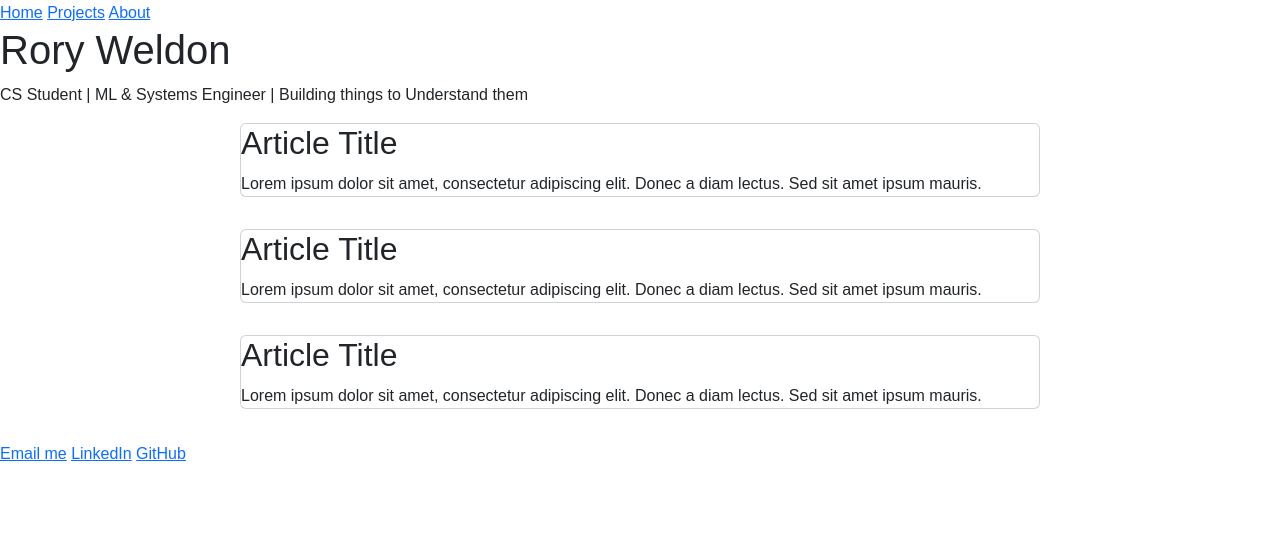
Repository: Art3misF0wl90/Portfolio
Page: index.html
These files come from the project's save history. The page is drawn as it stood at one moment and after a run of saves; the edit follows.
The browser window is 1280 px wide. The pictures show the whole page.

Above is the page before, as saved 2026-06-17 18:57:12.

### index.html
<!doctype html>
<html lang="en">
  <!-- This is a simple portfolio website for Rory Weldon, a CS student with interests in ML and systems engineering. The website includes a navigation bar, header, main content area with project teasers, and a footer with contact information. -->
  <head>
    <meta charset="UTF-8" />
    <meta name="viewport" content="width=device-width, initial-scale=1.0" />
    <title>Rory Weldon - Portfolio</title>
    <link
      href="https://cdn.jsdelivr.net/npm/bootstrap@5.3.8/dist/css/bootstrap.min.css"
      rel="stylesheet"
      integrity="sha384-sRIl4kxILFvY47J16cr9ZwB07vP4J8+LH7qKQnuqkuIAvNWLzeN8tE5YBujZqJLB"
      crossorigin="anonymous"
    />
    <link rel="stylesheet" href="style.css" />
  </head>
  <!-- this is the main content area -->
  <body>
    <!-- Navigation bar -->
    <nav>
      <a href="index.html">Home</a>
      <a href="projects.html">Projects</a>
      <a href="about.html">About</a>
    </nav>

    <!-- Header content -->
    <header>
      <h1>Rory Weldon</h1>
      <p>
        CS Student | ML & Systems Engineer | Building things to Understand them
      </p>
    </header>

    <main>
      <!-- Main content - Teasers for projects-->
      <article class="card">
        <h2 class="card-title">Article Title</h2>
        <p class="card-text">
          Lorem ipsum dolor sit amet, consectetur adipiscing elit. Donec a diam
          lectus. Sed sit amet ipsum mauris.
        </p>
      </article>
      <article class="card">
        <h2 class="card-title">Article Title</h2>
        <p class="card-text">
          Lorem ipsum dolor sit amet, consectetur adipiscing elit. Donec a diam
          lectus. Sed sit amet ipsum mauris.
        </p>
      </article>
      <article class="card">
        <h2 class="card-title">Article Title</h2>
        <p class="card-text">
          Lorem ipsum dolor sit amet, consectetur adipiscing elit. Donec a diam
          lectus. Sed sit amet ipsum mauris.
        </p>
      </article>
    </main>
    <!-- Footer content -->
    <footer>
      <a href="mailto:lweldon2@students.kennesaw.edu">Email me</a>
      <a href="https://www.linkedin.com/in/rory-weldon-5829ab297/">LinkedIn</a>
      <a href="https://github.com/Art3misF0wl90">GitHub</a>
    </footer>
  </body>
</html>

### style.css
body {
  font-family: sans-serif;
  /* resetting the browser's default page margin */
  margin: 0;
  line-height: 1.6;
}

main {
  /*caps line length so text stays readable on wide screens*/
  max-width: 800px;
  /*auto L/R margins center the fixed-width block*/
  margin: 0 auto;
}

article {
  /*space between teasers - em = relative to font size*/
  margin-bottom: 2em;
}

After the next 5 saves:
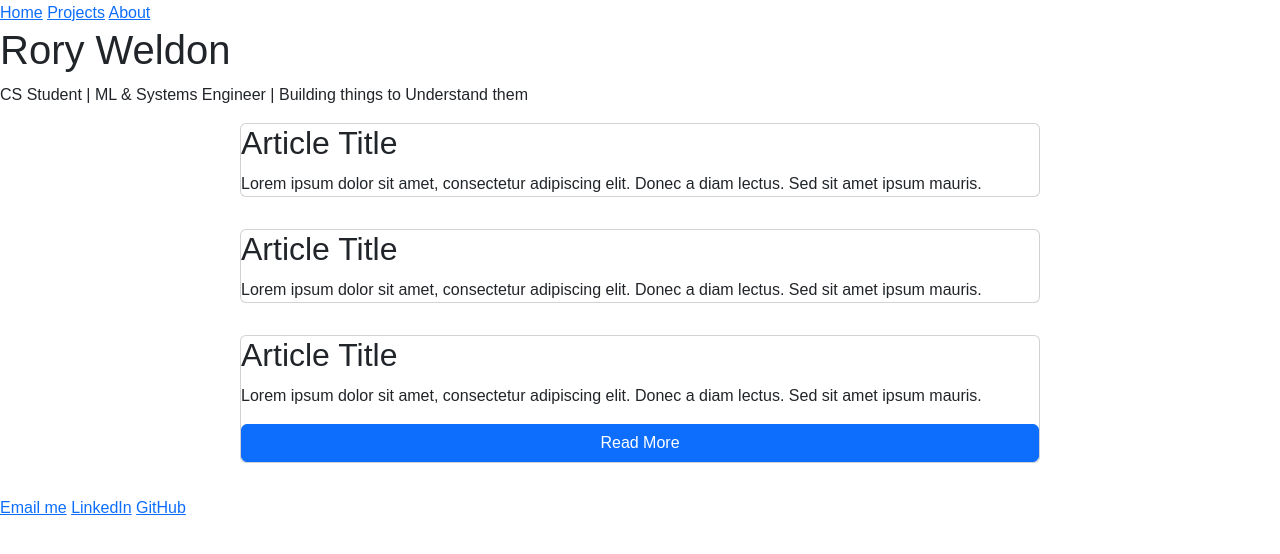
The 5 saves are shown as one change because they came seconds apart.
The last was saved 107 s later.
--- a/index.html
+++ b/index.html
@@ -52,6 +52,7 @@
           Lorem ipsum dolor sit amet, consectetur adipiscing elit. Donec a diam
           lectus. Sed sit amet ipsum mauris.
         </p>
+        <button class="btn btn-primary">Read More</button>
       </article>
     </main>
     <!-- Footer content -->
